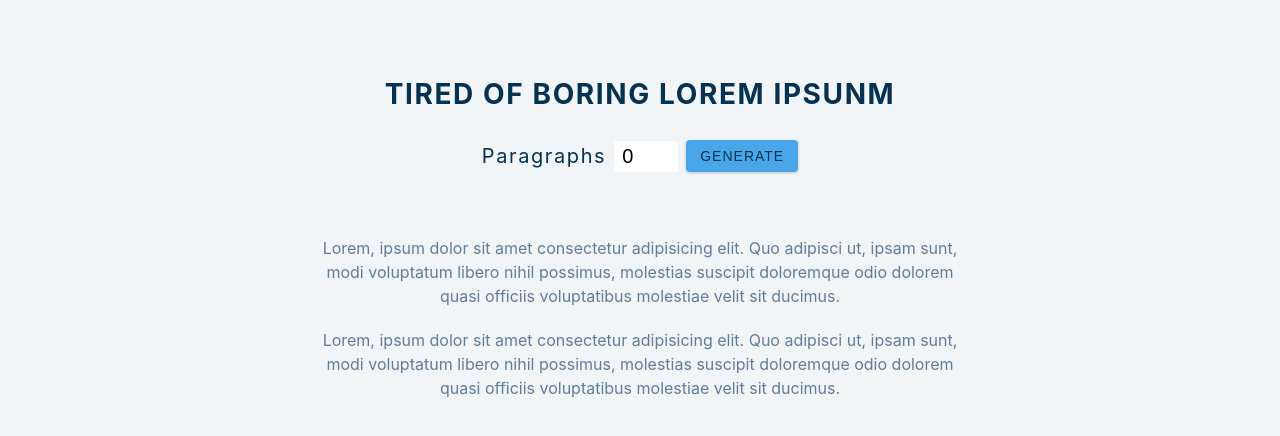
Repository: bodescuanamariia/lorem-ipsum-generator
Page: /
These files come from the project's save history. The page is drawn as it stood at one moment and after the next save; the edit follows.
The browser window is 1280 px wide. The pictures show the whole page.
The project was rebuilt for these pictures with package versions that can differ from the ones it lists, and the page was loaded fresh each time.

Above is the page before, as saved 2022-04-27 10:18:44.

After the next save:
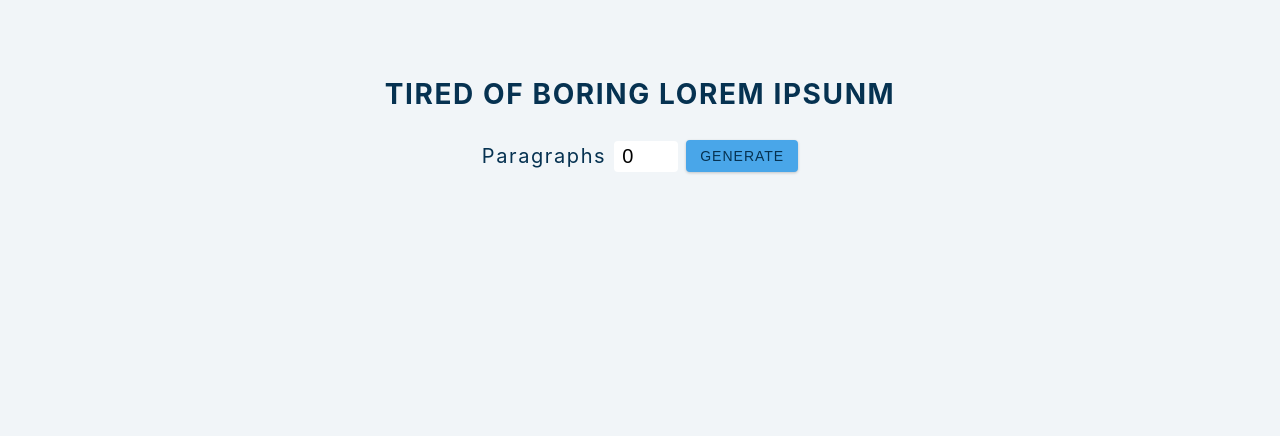
Saved 2 min 9 s later.
--- a/src/App.js
+++ b/src/App.js
@@ -25,18 +25,9 @@ function App() {
           </button>
         </form>
         <article className="lorem-text">
-          <p>
-            Lorem, ipsum dolor sit amet consectetur adipisicing elit. Quo
-            adipisci ut, ipsam sunt, modi voluptatum libero nihil possimus,
-            molestias suscipit doloremque odio dolorem quasi officiis
-            voluptatibus molestiae velit sit ducimus.
-          </p>
-          <p>
-            Lorem, ipsum dolor sit amet consectetur adipisicing elit. Quo
-            adipisci ut, ipsam sunt, modi voluptatum libero nihil possimus,
-            molestias suscipit doloremque odio dolorem quasi officiis
-            voluptatibus molestiae velit sit ducimus.
-          </p>
+          {text.map((item, index) => {
+            return <p key={index}>{item}</p>;
+          })}
         </article>
       </section>
     </>
